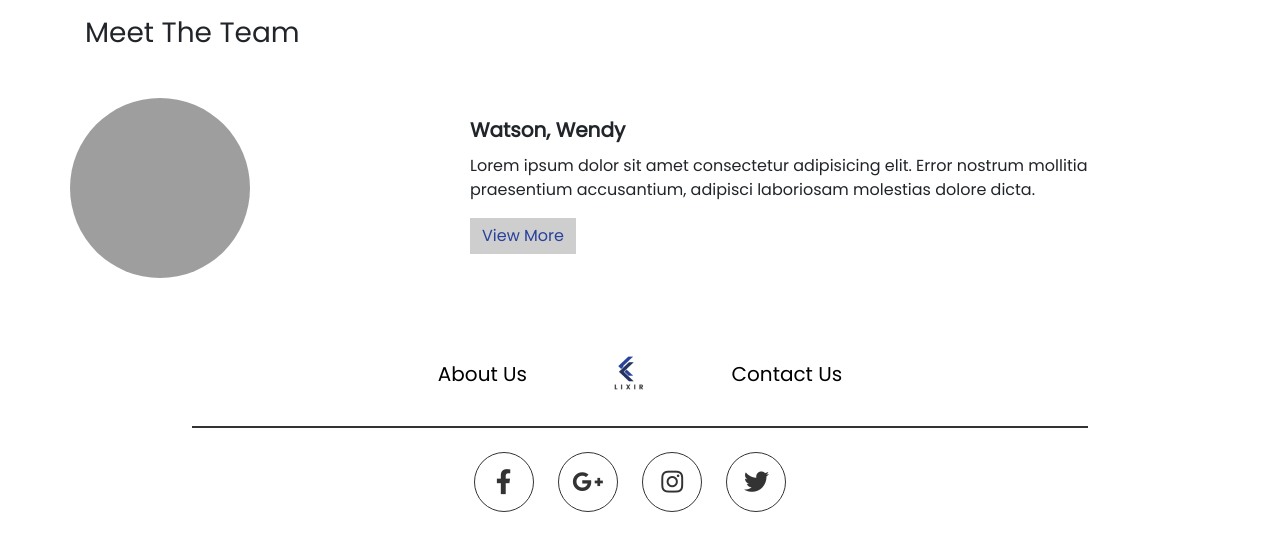
Repository: phiiileo/lit-page
Page: team-page.html
An editor plug-in stored every save of this project. The page is shown before and after a run of saves, followed by the edit.
The browser window is 1280 px wide. The pictures show the whole page.
Pictures or frames that could not be fetched are drawn as grey boxes. Some web libraries are served in a nearby version.

Above is the page before, as saved 2019-12-04 21:21:14.

After the next 4 saves:
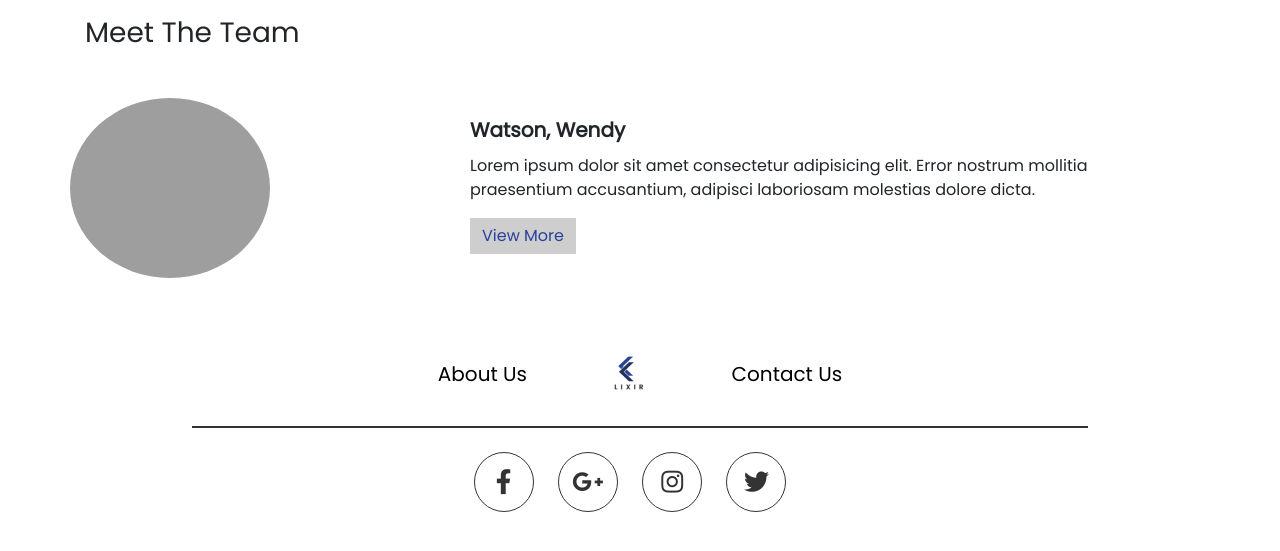
The 4 saves are shown as one change because they came seconds apart.
The last was saved 22 s later.
--- a/css/team-page.css
+++ b/css/team-page.css
@@ -5,7 +5,7 @@
   font-family: "Poppins", sans-serif;
 }
 .team-image{
-    width: 180px;
+    width: 200px;
     height: 180px;
     border-radius: 50%;
 }
